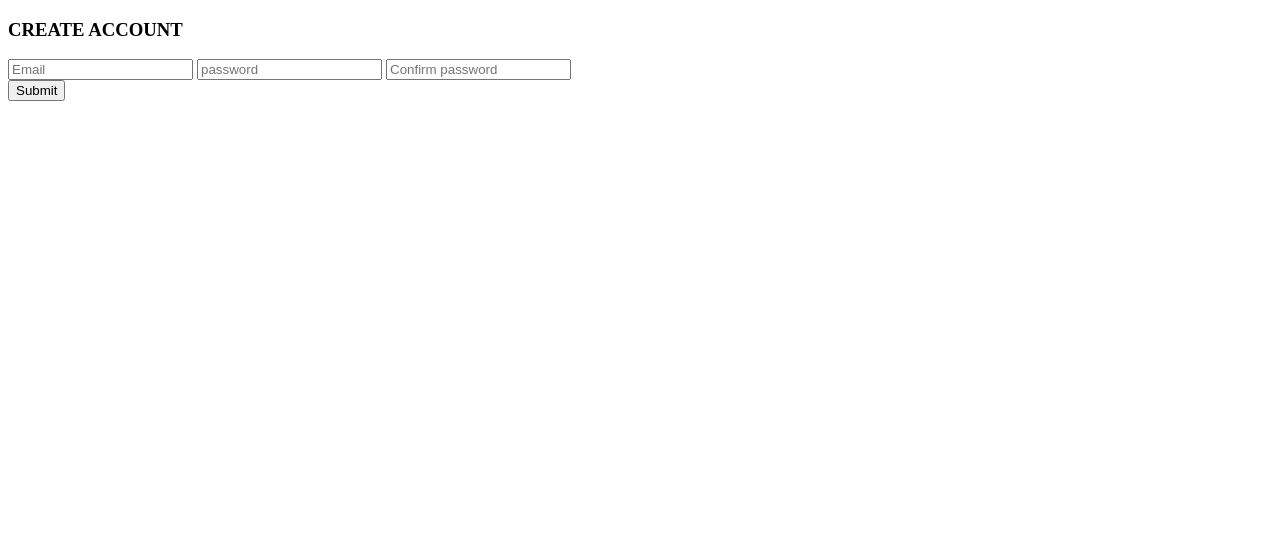
Repository: Fariaddd/New-CA-
Page: login.html
An editor plug-in stored every save of this project. The page is shown before and after the next save, followed by the edit.
The browser window is 1280 px wide. The pictures show the whole page.

Above is the page before, as saved 2021-11-13 20:13:43.

After the next save:
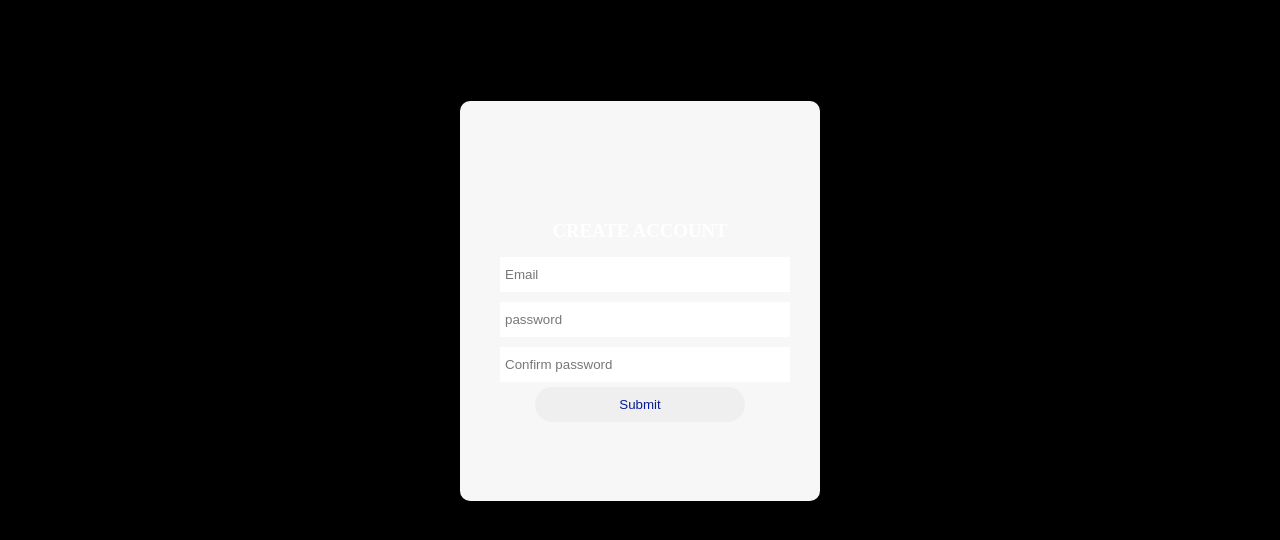
Saved 13 s later.
--- a/login.html
+++ b/login.html
@@ -5,7 +5,7 @@
     <meta http-equiv="X-UA-Compatible" content="IE=edge" />
     <meta name="viewport" content="width=, initial-scale=1.0" />
     <title>Checkout</title>
-    <link rel="stylesheet" href="." />
+    <link rel="stylesheet" href="./css/login.css" />
   </head>
   <body>
     <div class="checkout-container">
